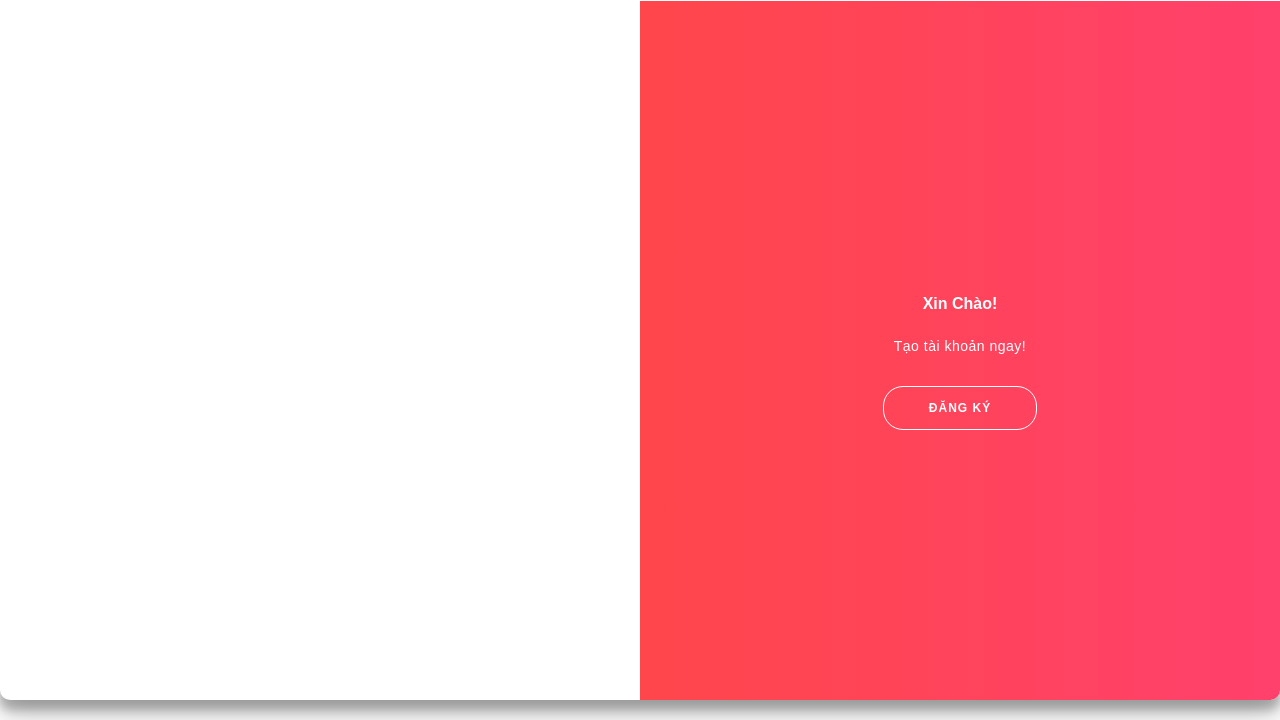
Repository: BlackWolf2002/project_airbn_react
Page: /, after clicking the first element matching `div.overlay-right > button`
The author's editor kept a copy of each file at every save. The page is drawn from the files as they stood at one save, then again after the next save.
The browser window is 1280 px wide. The pictures show the whole page.
The project was rebuilt for these pictures with package versions that can differ from the ones it lists, and the page was loaded fresh each time. Also part of the build but not shown: vite.config.js.

Above is the page before, as saved 2025-02-05 00:07:17.

After the next save:
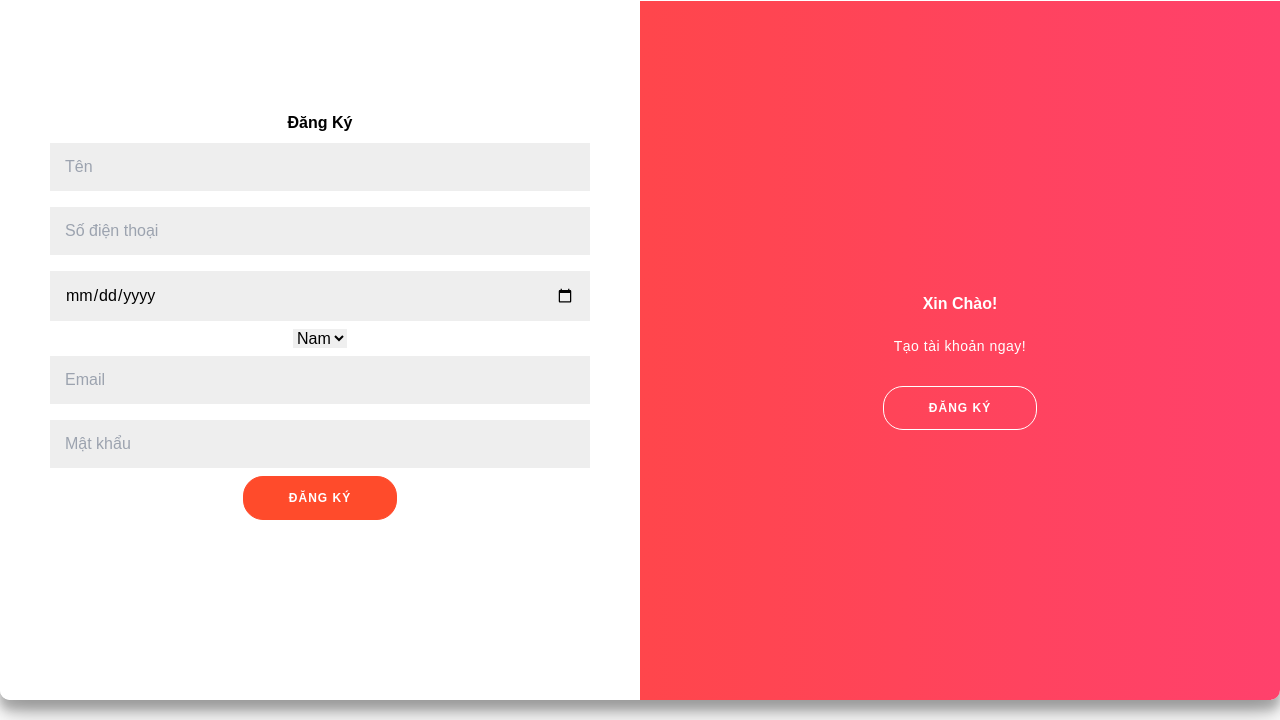
Saved 73 s later.
--- a/src/style/Login.css
+++ b/src/style/Login.css
@@ -96,7 +96,7 @@
 .sign-up-container {
     left: 0;
     width: 50%;
-    opacity: 0;
+    /* opacity: 0; */
     /* z-index: 1; */
 }
 
